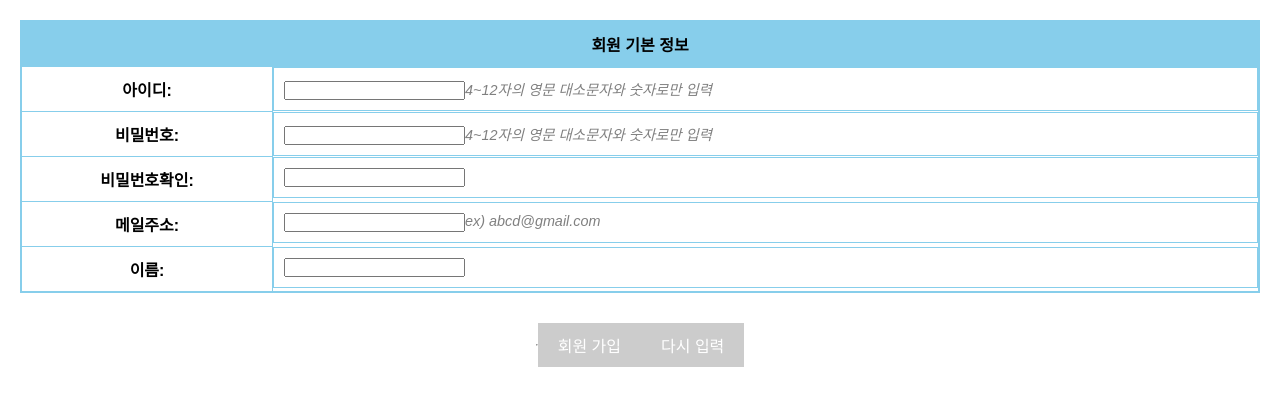
Repository: Pyoggit/JspStudy
Page: jspStudy/src/main/webapp/member/member.html
These files come from the project's save history. The page is drawn as it stood at one moment and after the next save; the edit follows.
The browser window is 1280 px wide. The pictures show the whole page.

Above is the page before, as saved 2024-12-03 08:42:33.

After the next save:
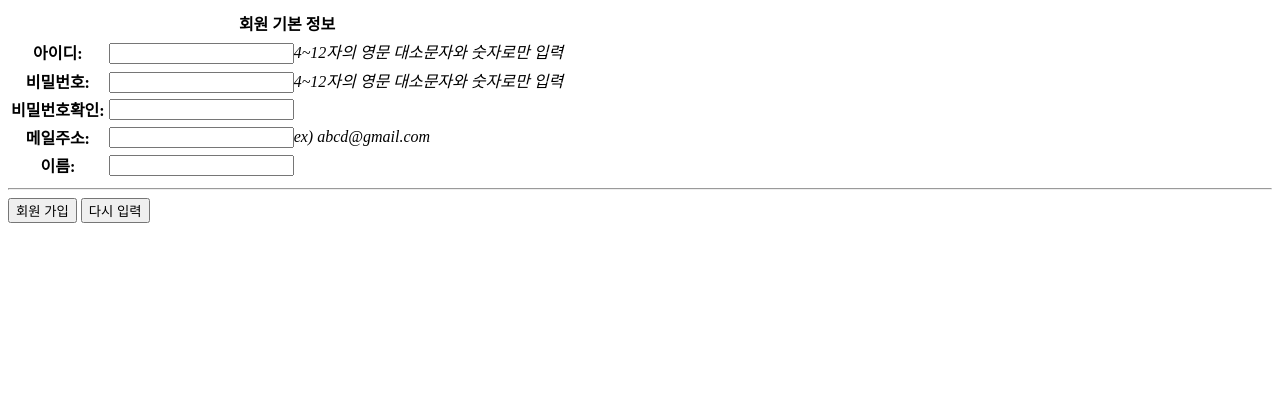
Saved 3 min 53 s later.
--- a/jspStudy/src/main/webapp/member/member.css
+++ b/jspStudy/src/main/webapp/member/member.css
@@ -1,4 +1,4 @@
-@charset "UTF-8";
+/* @charset "UTF-8";
 * {
     box-sizing: border-box;
     margin: 0;
@@ -77,4 +77,4 @@
 
 button:hover {
     background-color: deepskyblue;
-}
+} */

After the save that followed:
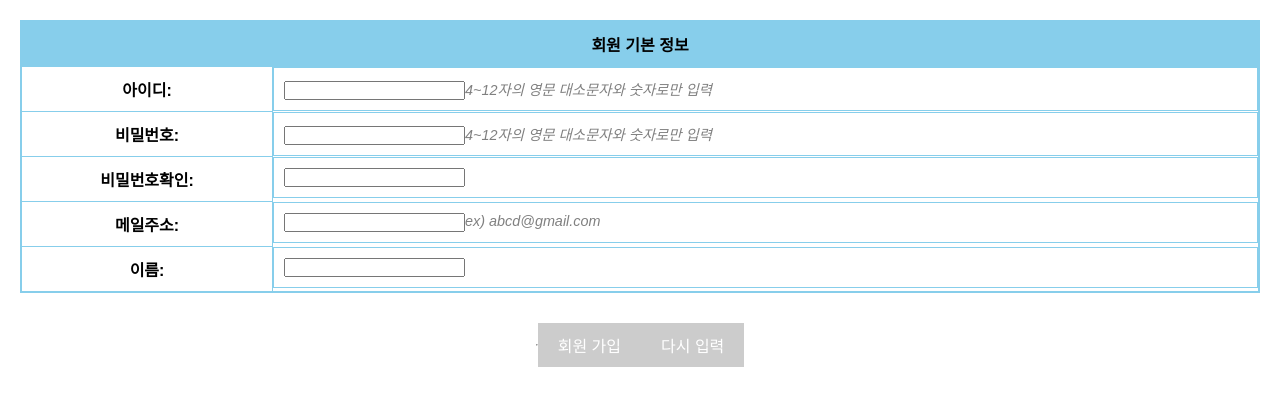
Saved 73 s later.
--- a/jspStudy/src/main/webapp/member/member.css
+++ b/jspStudy/src/main/webapp/member/member.css
@@ -1,4 +1,4 @@
-/* @charset "UTF-8";
+@charset "UTF-8";
 * {
     box-sizing: border-box;
     margin: 0;
@@ -77,4 +77,4 @@
 
 button:hover {
     background-color: deepskyblue;
-} */
+}
